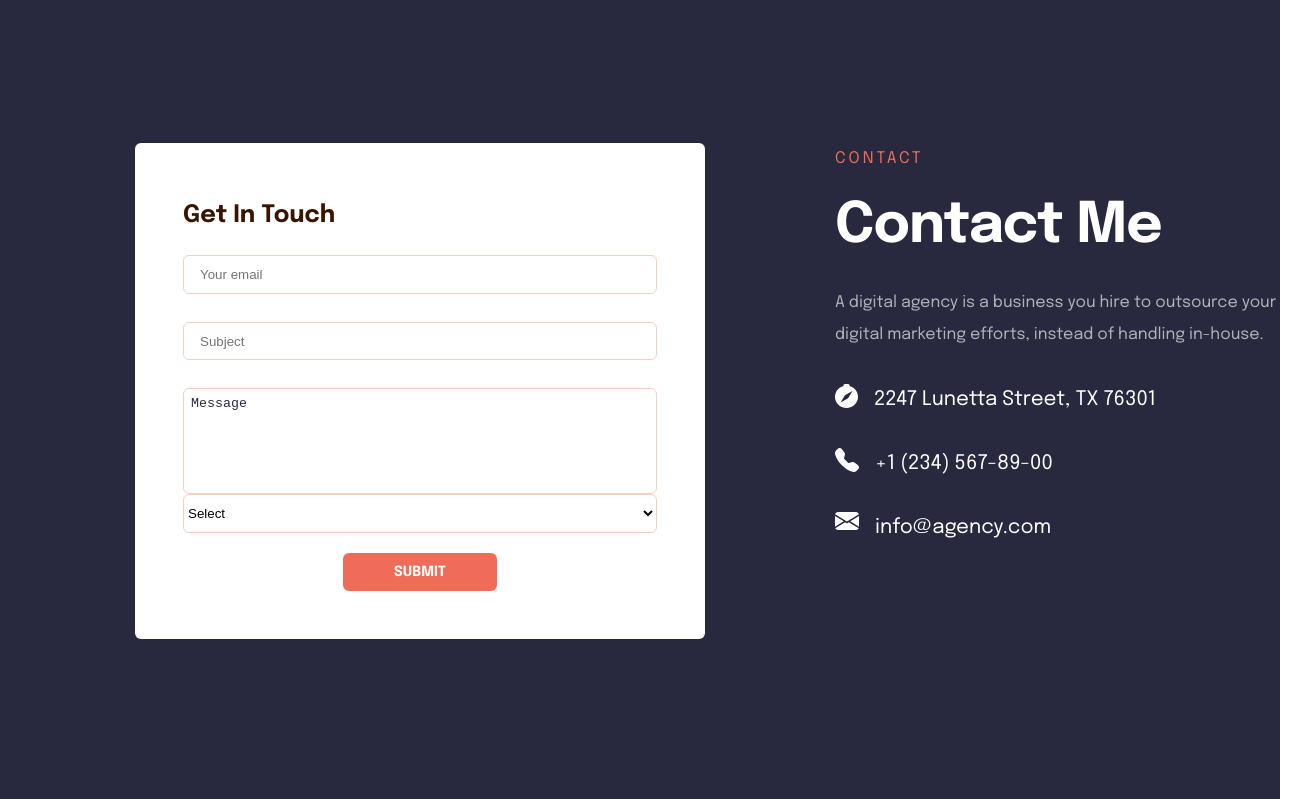
Repository: FaridRustamov09/task20
Page: index.html
The author's editor kept a copy of each file at every save. The page is drawn from the files as they stood at one save, then again after a run of saves.
The browser window is 1280 px wide. The page is 1305 px wide, so the pictures cover 1305 px, including what lies to the right of the window. The pictures show the whole page.

Above is the page before, as saved 2024-01-13 14:45:52.

### index.html
<!DOCTYPE html>
<html lang="en">
  <head>
    <meta charset="UTF-8" />
    <meta name="viewport" content="width=device-width, initial-scale=1.0" />
    <title>Document</title>
    <link rel="stylesheet" href="index.css" />
  </head>
  <body>
    <div class="container">
      <div class="login">
        <b>Get In Touch</b>
        <input type="email" placeholder="Your email" />
        <!-- <label for="Subject">
      <select name="Subject" id="">
        <option value="Baku">Baku</option>
        <option value="Istanbul">Istanbul</option>
      </select>
      </label> -->
        <input type="text" placeholder="Subject" />
        <textarea name="" id=""  placeholder="Message" ></textarea>
        <select name="" id="" >
          <option value="">Select</option>
          <option value="">A</option>
          <option value="">A</option>
        </select>
        <button type="submit">Submit</button>
      </div>
      <div class="left-box">
        <h2>Contact</h2>
        <h1>Contact Me</h1>
        <p>
          A digital agency is a business you hire to outsource your digital
          marketing efforts, instead of handling in-house.
        </p>
        <ul>
          <li>
            <svg
              xmlns="http://www.w3.org/2000/svg"
              width="23"
              height="24"
              viewBox="0 0 23 24"
              fill="none"
            >
              <path
                fill-rule="evenodd"
                clip-rule="evenodd"
                d="M12.5128 23.9559C18.4476 23.4434 22.9991 18.5852 23 12.7619C22.9992 7.68681 19.5202 3.24133 14.5089 1.91219C14.6419 1.45966 14.5495 0.972375 14.2595 0.596433C13.9696 0.220491 13.5157 -0.000396111 13.034 0H9.9675C9.4858 -0.000396111 9.03192 0.220491 8.74193 0.596433C8.45195 0.972375 8.35958 1.45966 8.49253 1.91219C2.74205 3.43556 -0.865618 8.99957 0.179927 14.7325C1.22547 20.4654 6.57793 24.4683 12.5128 23.9559ZM17.4618 6.91176L17.465 6.90994L17.462 6.91144L17.4618 6.91176ZM17.4618 6.91176L9.87551 11.1479L5.53646 18.5674L13.126 14.3294L17.4618 6.91176Z"
                fill="white"
              />
            </svg>
            <h3>2247 Lunetta Street, TX 76301</h3>
          </li>
          <li>
            <svg
              xmlns="http://www.w3.org/2000/svg"
              width="24"
              height="24"
              viewBox="0 0 24 24"
              fill="none"
            >
              <path
                fill-rule="evenodd"
                clip-rule="evenodd"
                d="M2.82812 0.765296C3.35902 0.235151 4.09188 -0.0416708 4.84066 0.0050961C5.58945 0.051863 6.28217 0.417722 6.743 1.00981L9.43541 4.46897C9.92889 5.10349 10.1029 5.93003 9.9079 6.71007L9.08742 9.99522C9.00114 10.3413 9.10245 10.7073 9.35441 10.9598L13.0398 14.6454C13.2925 14.8979 13.6592 14.9993 14.0058 14.9124L17.2892 14.0919C18.0691 13.8969 18.8953 14.0711 19.5301 14.5644L22.989 17.2555C24.2324 18.2231 24.3464 20.0607 23.2335 21.1722L21.6825 22.7233C20.5726 23.8333 18.9136 24.3209 17.3672 23.7763C13.4091 22.3836 9.81531 20.1174 6.85249 17.146C3.88152 14.1834 1.61557 10.5899 0.222699 6.63206C-0.320284 5.08699 0.167201 3.42642 1.27717 2.31637L2.82812 0.765296Z"
                fill="white"
              />
            </svg>
            <h3>+1 (234) 567-89-00</h3>
          </li>
          <li>
            <svg
              xmlns="http://www.w3.org/2000/svg"
              width="24"
              height="18"
              viewBox="0 0 24 18"
              fill="none"
            >
              <path
                fill-rule="evenodd"
                clip-rule="evenodd"
                d="M3 0C1.60024 -9.42171e-05 0.386447 0.967828 0.075 2.3325L12 9.621L23.925 2.3325C23.6136 0.967828 22.3998 -9.42171e-05 21 0H3ZM0 14.7015V4.0455L8.7045 9.3645L0 14.7015ZM10.1415 10.245L0.2865 16.2855C0.78351 17.3335 1.84012 18.0011 3 18H21C22.1597 18.0003 23.2157 17.3321 23.712 16.284L13.857 10.2435L12 11.379L10.1415 10.2435V10.245ZM24 14.7015L15.2955 9.366V9.3645L24 4.0455V14.7015Z"
                fill="white"
              />
            </svg>
            <h3>info@agency.com</h3>
          </li>
        </ul>
      </div>
    </div>
  </body>
</html>

### index.css
@import url("https://fonts.googleapis.com/css2?family=Epilogue:ital,wght@0,400;0,700;1,800&family=Inter:wght@400;500;600;700&family=Roboto+Slab:wght@400;700&display=swap");
* {
  margin: 0;
  padding: 0;
  box-sizing: border-box;
}
.container {
  padding: 143px 135px 160px 135px;
  background-color: #28293e;
  min-height: 100vh;
  display: flex;
}
.login {
  width: 570px;
  height: 496px;
  border-radius: 6px;
  background: #fff;
  display: flex;
  flex-direction: column;
  padding: 57px 48px 48px 48px;
}
.login b {
  color: var(--Text_Dark, #391400);
  font-feature-settings:
    "clig" off,
    "liga" off;
  font-family: Epilogue;
  font-size: 24px;
  font-style: normal;
  font-weight: 700;
  line-height: 32px;
  margin-bottom: 23px;
}
.login input {
  width: 474px;
  height: 48px;
  border-radius: 6px;
  border: 1px solid #f3d1bf;
  background: #fff;
  margin-bottom: 28px;
  padding-left: 16px;
  outline: none;
}

textarea {
  width: 474px;
  height: 128px;
  border-radius: 6px;
  border: 1px solid #f3d1bf;
  background: #fff;
  resize: none;
  padding: 7px;
  outline: none;
  margin-left: ;
}
textarea::placeholder {
  color: #28293e;
}
button {
  width: 154px;
  height: 48px;
  border-radius: 6px;
  background: #ef6d58;
  color: #FFF;
text-align: center;
font-family: Epilogue;
font-size: 14px;
font-style: normal;
font-weight: 900;
line-height: normal;
text-transform: uppercase;
border: none;
margin: auto;
margin-top: 20px;

}
.left-box {
  margin-left: 130px;
}
.left-box h2 {
  color: var(--Text_Light_Accent, #ef6d58);
  font-feature-settings:
    "clig" off,
    "liga" off;
  font-family: Epilogue;
  font-size: 16px;
  font-style: normal;
  font-weight: 400;
  line-height: 32px;
  letter-spacing: 3px;
  text-transform: uppercase;
  margin-bottom: 20px;
}
.left-box h1 {
  color: var(--Text_Light, #fff);
  font-feature-settings:
    "clig" off,
    "liga" off;
  font-family: Epilogue;
  font-size: 56px;
  font-style: normal;
  font-weight: 800;
  line-height: 64px;
  letter-spacing: -1px;
  margin-bottom: 28px;
}
.left-box p {
  width: 470px;
  color: var(--Text_Light_Gray, rgba(255, 255, 255, 0.64));
  font-feature-settings:
    "clig" off,
    "liga" off;
  font-family: Epilogue;
  font-size: 16px;
  font-style: normal;
  font-weight: 400;
  line-height: 32px;
  margin-bottom: 33px;
}
ul {
  display: flex;
  flex-direction: column;
}
li {
  list-style-type: none;
  display: flex;
}
.left-box ul li h3 {
  color: var(--Text_Light, #fff);
  font-feature-settings:
    "clig" off,
    "liga" off;
  font-family: Epilogue;
  font-size: 20px;
  font-style: normal;
  font-weight: 400;
  line-height: 32px;
  margin-left: 16px;
  margin-bottom: 32px;
}
select{
  border-radius: 6px;
border: 1px solid #F3D1BF;
background: #FFF;
width: 474px;
height: 48px;
}

After the next 2 saves:
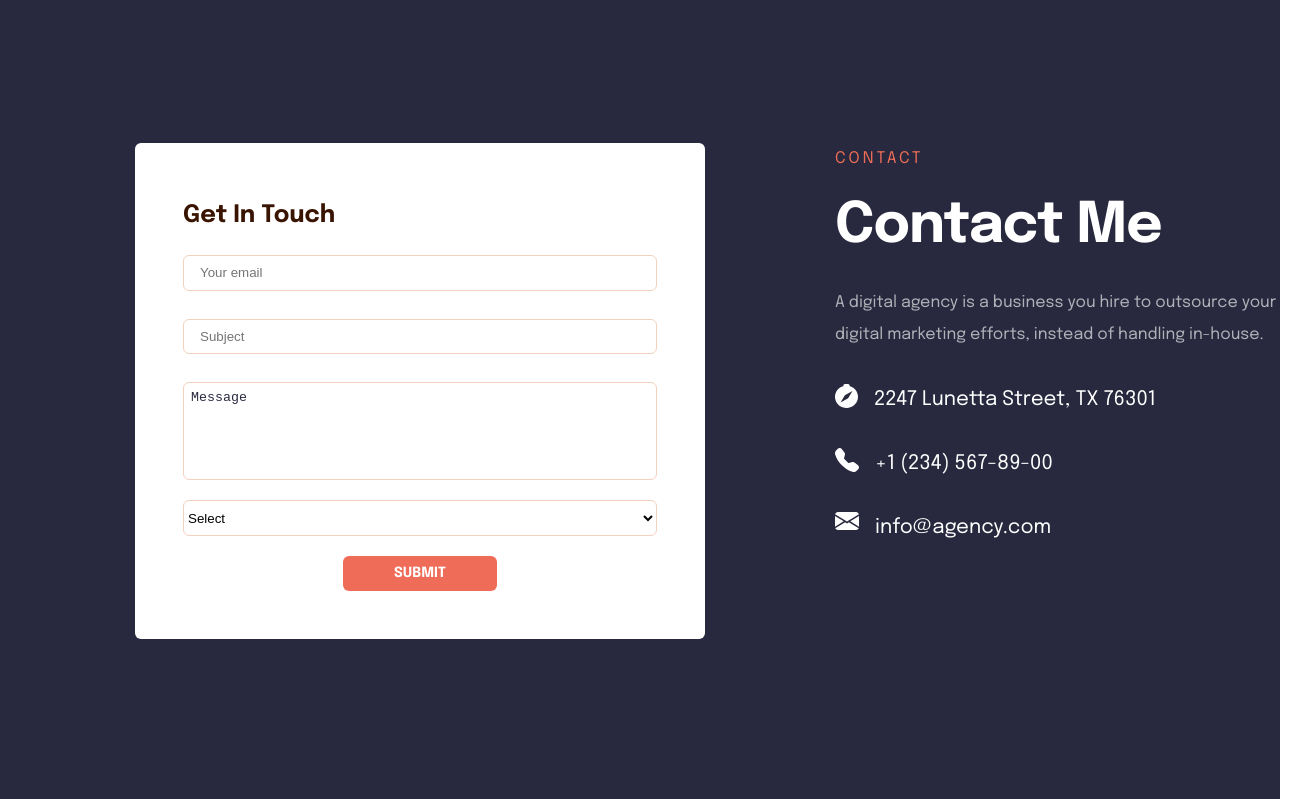
The 2 saves are shown as one change because they came seconds apart.
The last was saved 6 s later.
--- a/index.css
+++ b/index.css
@@ -51,7 +51,7 @@ textarea {
   resize: none;
   padding: 7px;
   outline: none;
-  margin-left: ;
+  margin-bottom: 20px;
 }
 textarea::placeholder {
   color: #28293e;
